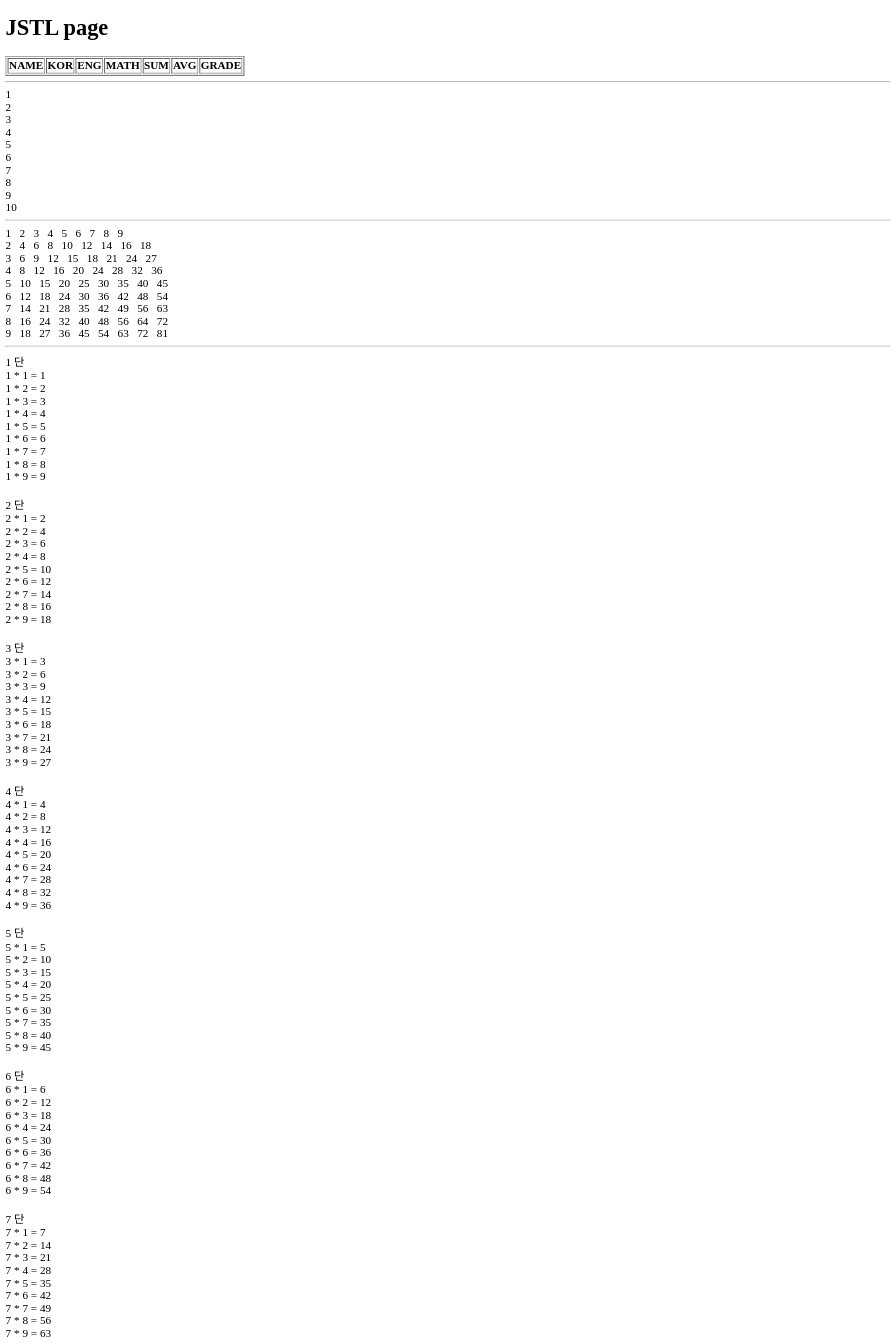
Repository: leedh909/Academy-web-
Page: http://localhost/Jsp07_EL_JSTL/jstlpage.jsp
An editor plug-in stored every save of this project. The page is shown before and after the next save, followed by the edit.
The browser window is 1280 px wide. The pictures show the part of the page from y = 0 to 1920 px (the page is 4506 px tall before and 2652 px after), at 70% of full size.
The page is served by Tomcat 9. The template is opened directly, without the code that normally fills it, so the values that code supplies are empty.

Above is the page before, as saved 2020-07-06 04:06:40.

After the next save:
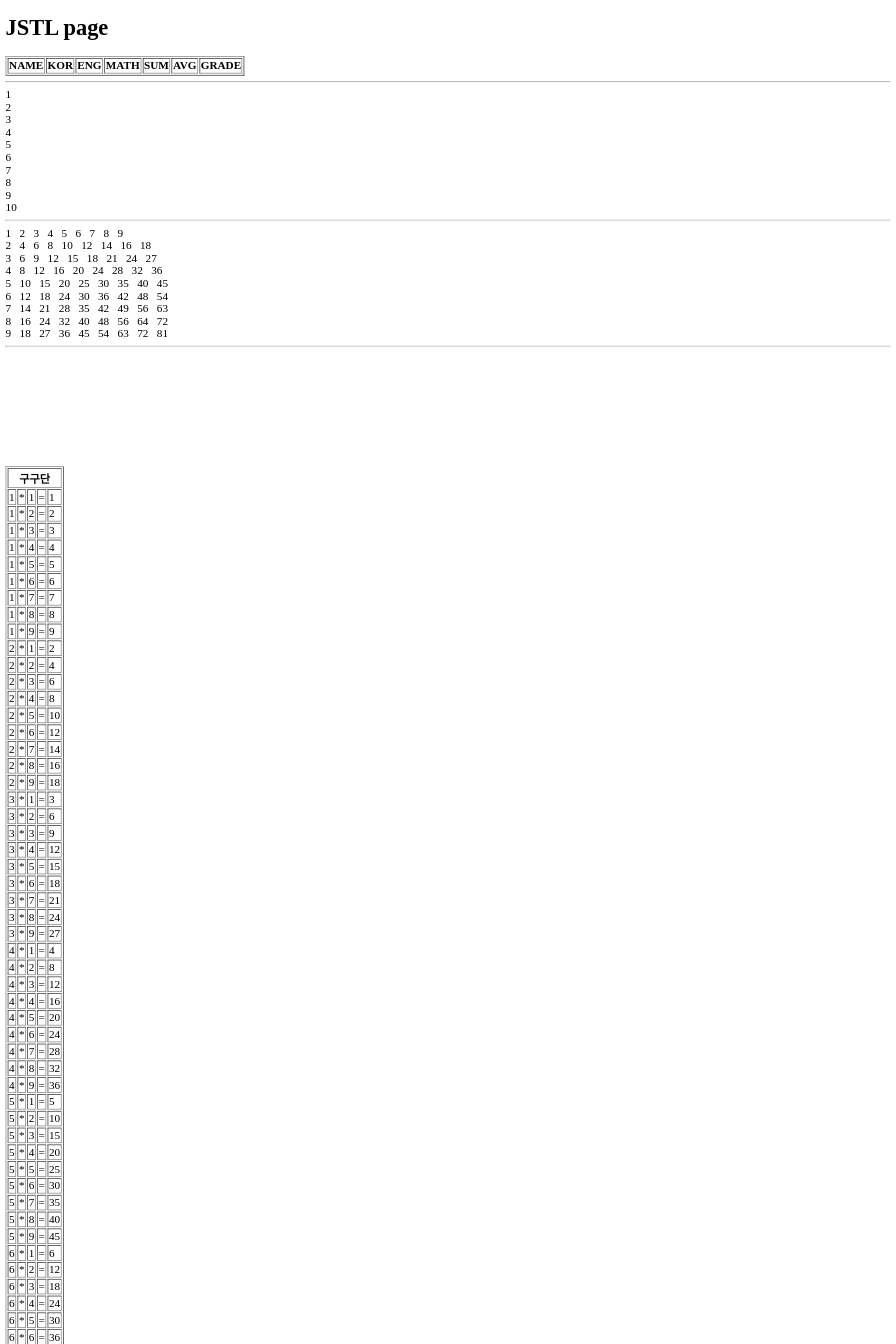
Saved 10 s later.
--- a/실습자료/eclipse-servlet/Jsp07_EL_JSTL/WebContent/jstlpage.jsp
+++ b/실습자료/eclipse-servlet/Jsp07_EL_JSTL/WebContent/jstlpage.jsp
@@ -88,7 +88,7 @@
 	</c:forEach>
 
 	<hr>
-	<!-- 구구단 출력 -->
+<%-- 	<!-- 구구단 출력 -->
 	<c:forEach var="i" begin="1" end="9" step="1">
 		${i} 단 <br>
 		<c:forEach var="j" begin="1" end="9" step="1">
@@ -96,7 +96,7 @@
 		</c:forEach>
 		<br>
 	</c:forEach>
-	<hr>
+	<hr> --%>
 	<!-- 구구단 출력 -->
 	<table border="1">
 		<tr>
